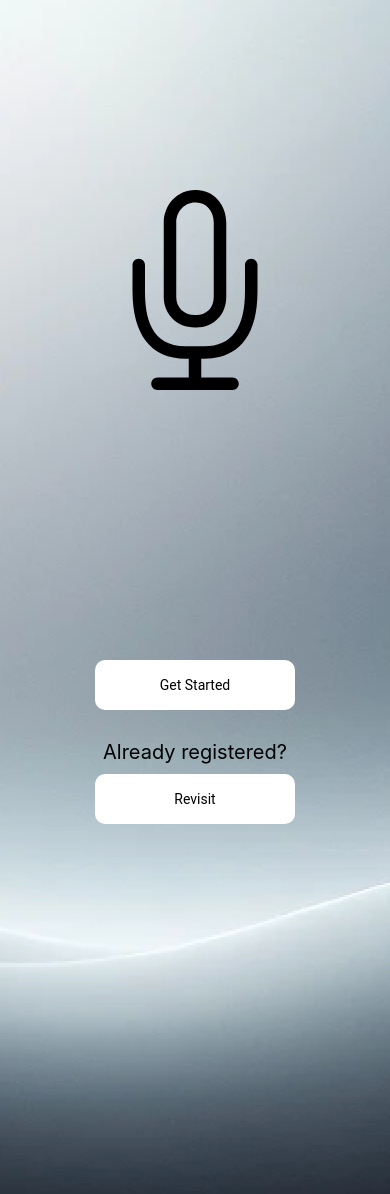
Repository: mortiestmorty1/recordings-app
Screen: / (app in frontend/)
These files come from the project's save history. The screen is drawn as it stood at one moment and after the next save; the edit follows.
The app was drawn by React Native's web renderer in a window 390 px wide. The project was rebuilt for these pictures with package versions that can differ from the ones it lists, and the page was loaded fresh each time. Also part of the build but not shown: frontend/components/registerUser.js.

Above is the screen before, as saved 2024-03-08 01:04:03.

After the next save:
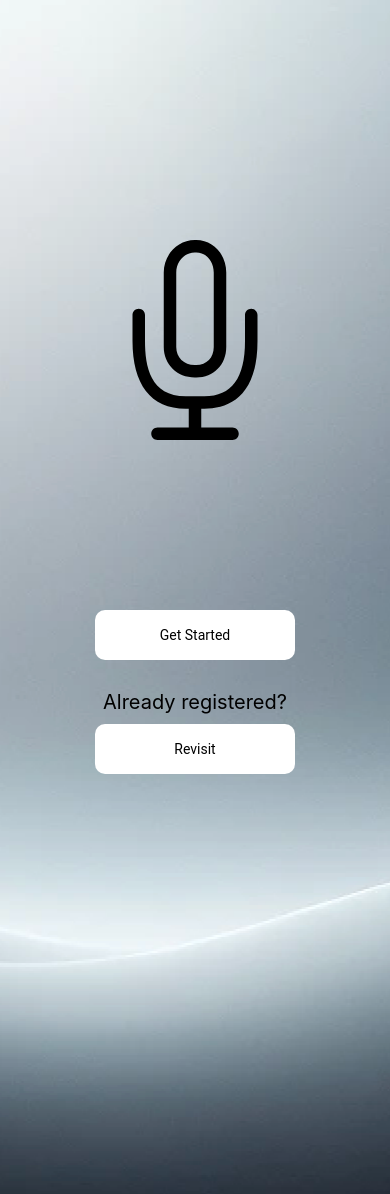
Saved 10 s later.
--- a/frontend/components/firstscreen.js
+++ b/frontend/components/firstscreen.js
@@ -43,7 +43,7 @@ const styles = StyleSheet.create({
     alignItems: 'center',
   },
   logo: {
-    marginBottom: 100,
+    bottom: 100,
   },
   text: {
     fontSize: 20,
